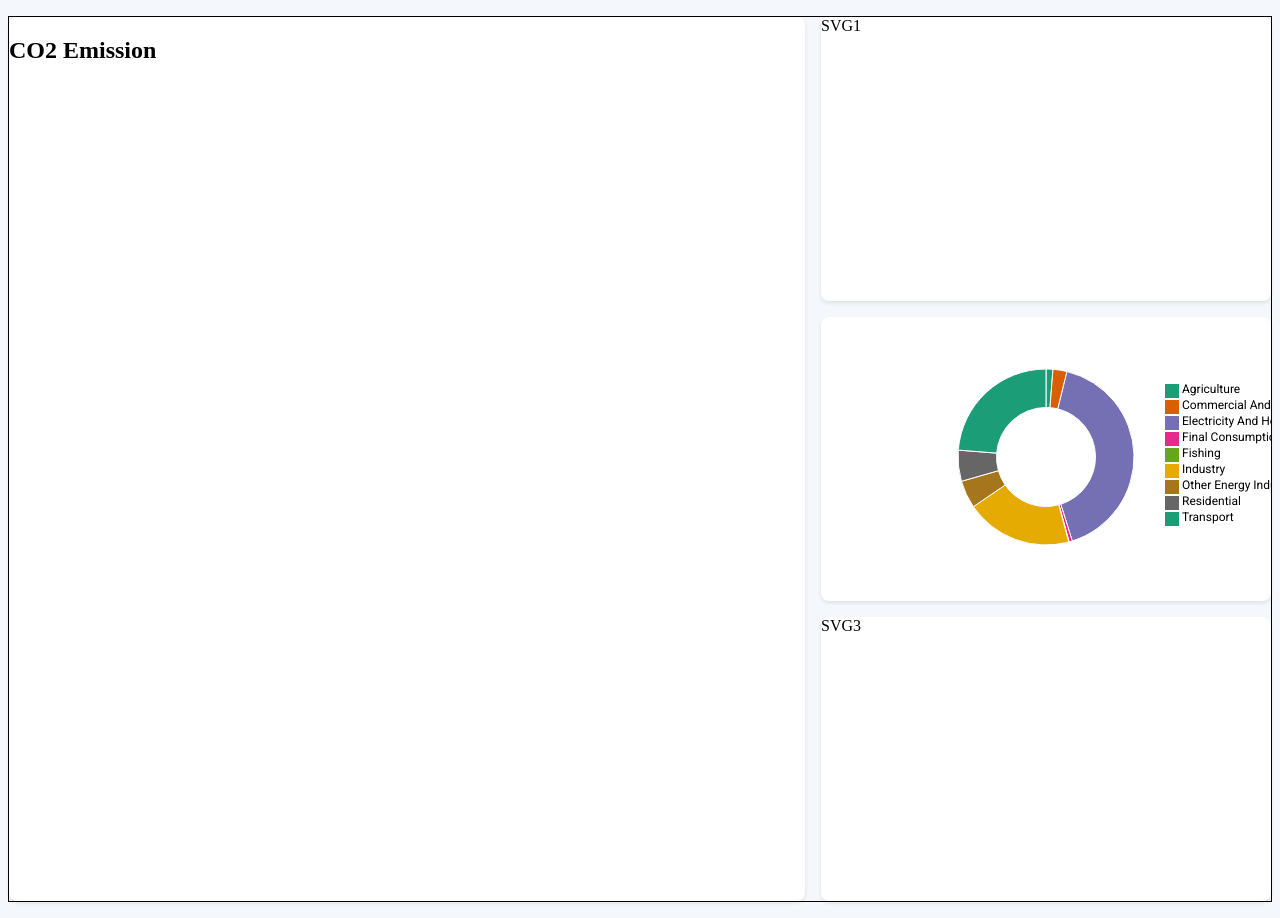
Repository: losmarco/CO2-Emission-Data-Dashboard
Page: index.html
These files come from the project's save history. The page is drawn as it stood at one moment and after the next save; the edit follows.
The browser window is 1280 px wide. The pictures show the whole page.
The style sheet was rebuilt from its Sass, Less or Tailwind sources for each picture, by a compiler version that may differ from the author's.

Above is the page before, as saved 2020-03-29 17:40:43.

### index.html
<!DOCTYPE html>
<html lang="en">
<head>
    <meta charset="UTF-8">
    <meta name="viewport" content="width=device-width, initial-scale=1.0">
    <meta http-equiv="X-UA-Compatible" content="ie=edge">
    <title>CO2 Emission Data Chart</title>

    <link rel="stylesheet" href="style.css">
    <script src="https://d3js.org/d3.v5.min.js"></script>
</head>
<body>
    <div class="container">
        <div class="card main_graph">
            <h2>CO2 Emission</h2>
        </div>


        <div class="card graph1">SVG1</div>
        <div class="card graph2">
            <div id="donut"></div>
        </div>
        <div class="card graph3">SVG3</div>
    </div>
</body>
    <script src="javascript/master.js"></script>
    <script src="javascript/chart.js"></script>
</html>

### javascript/master.js
//Parsing CSV file

### javascript/chart.js
//This document is for d3 related script ( ͡° ͜ʖ ͡°)

//Donut Chart
// set the dimensions and margins of the graph
var width = 450
    height = 280
    margin = 30
// The radius of the pieplot is half the width or half the height (smallest one). I subtract a bit of margin.
var radius = Math.min(width, height) / 2 - margin

//append the svg object to the div called 'donut'
var svg = d3.select("#donut")
            .append("svg")
            .attr("width", width)
            .attr("height", height)
            .append("g")
            .attr("transform", "translate(" + width / 2 + "," + height / 2 + ")");




//Color
var color = d3.scaleOrdinal()
.domain(["Agriculture",
        "Commercial And Public Services",
        "Electricity And Heat Producers",
        "Final Consumption Not Else where Specified",
        "Fishing",
        "Industry",
        "Other Energy Industries",
        "Residential",
        "Transport"])
.range(d3.schemeDark2);

d3.csv("data/world-sector.csv")
  .then(function(csvdata){

    var latestData = csvdata[csvdata.length - 1];

    var agri = parseInt(latestData.agriculture),
        cap = parseInt(latestData.commercialAndPublicServices),
        eahp = parseInt(latestData.electricityAndHeatProducers),
        fcnes = parseInt(latestData.finalConsumptionNotElsewhereSpecified),
        fishing = parseInt(latestData.fishing),
        industry = parseInt(latestData.industry),
        oei = parseInt(latestData.otherEnergyIndustries),
        residential = parseInt(latestData.residential),
        transport = parseInt(latestData.transport);

  const total = (agri + cap + eahp + fcnes + fishing + industry + oei + residential + transport);

  const percent = 100;

  var agri = ((agri/total) * percent).toFixed(2),
      cap = ((cap/total) * percent).toFixed(2),
      eahp = ((eahp/total) * percent).toFixed(2),
      fcnes = ((fcnes/total) * percent).toFixed(2),
      fishing = ((fishing/total) * percent).toFixed(2),
      industry = ((industry/total) * percent).toFixed(2),
      oei = ((oei/total) * percent).toFixed(2),
      residential = ((residential/total) * percent).toFixed(2),
      transport = ((transport/total) * percent).toFixed(2);


  //Final Data
  var data = {"Agriculture": agri,
              "Commercial And Public Services": cap,
              "Electricity And Heat Producers": eahp,
              "Final Consumption Not Else where Specified":fcnes ,
              "Fishing": fishing,
              "Industry":industry,
              "Other Energy Industries": oei,
              "Residential":residential,
              "Transport":transport
            }

  // Compute the position of each group on the pie:
  var pie = d3.pie()
    .sort(null) // Do not sort group by size
    .value(function(d) {return d.value; })
  var data_ready = pie(d3.entries(data))

  // The arc generator + hole size
  var arc = d3.arc()
    .innerRadius(radius * 0.45)
    .outerRadius(radius * 0.8)

  // Build the pie chart: Basically, each part of the pie is a path that we build using the arc function.
  svg.selectAll('allSlices')
      .data(data_ready)
      .enter()
      .append('path')
      .attr('d', arc)
      .attr('fill', function(d){ return(color(d.data.key)) })
      .attr("stroke", "white")
      .style("stroke-width", "1px")
      .style("opacity", 1)


})//closing tag for d3.csv

//Legend
var legendRectSize = 12;
var legendSpacing = 4;

var legend = svg.selectAll('.legend')
                .data(color.domain())
                .enter()
                .append('g')
                .attr('class', 'legend')
                .attr('transform', function(d, i) {
                  var height = legendRectSize + legendSpacing;
                  var offset =  height * color.domain().length / 2;
                  var horz = 10 * legendRectSize;
                  var vert = i * height - offset;
                  return 'translate(' + horz + ',' + vert + ')';
});


legend.append('rect')
  .attr('width', legendRectSize)
  .attr('height', legendRectSize)
  .style('fill', color)
  .style('stroke', color);

legend.append('text')
  .attr('x', legendRectSize + legendSpacing )
  .attr('y', legendRectSize - legendSpacing)
  .text(function(d) { return d; });


//End of Donut Chart


  // Add the polylines between chart and labels:
  // svg
  //   .selectAll('allPolylines')
  //   .data(data_ready)
  //   .enter()
  //   .append('polyline')
  //     .attr("stroke", "black")
  //     .style("fill", "none")
  //     .attr("stroke-width", 1)
  //     .attr('points', function(d) {
  //       var posA = arc.centroid(d) // line insertion in the slice
  //       var posB = outerArc.centroid(d) // line break: we use the other arc generator that has been built only for that
  //       var posC = outerArc.centroid(d); // Label position = almost the same as posB
  //       var midangle = d.startAngle + (d.endAngle - d.startAngle) / 2 // we need the angle to see if the X position will be at the extreme right or extreme left
  //       posC[0] = radius * 0.95 * (midangle < Math.PI ? 1 : -1); // multiply by 1 or -1 to put it on the right or on the left
  //       return [posA, posB, posC]
  //     })

  // Add the polylines between chart and labels:
  // svg
  //   .selectAll('allLabels')
  //   .data(data_ready)
  //   .enter()
  //   .append('text')
  //     .text( function(d) { console.log(d.data.key) ; return d.data.key } )
  //     .attr('transform', function(d) {
  //         var pos = outerArc.centroid(d);
  //         var midangle = d.startAngle + (d.endAngle - d.startAngle) / 2
  //         pos[0] = radius * 0.99 * (midangle < Math.PI ? 1 : -1);
  //         return 'translate(' + pos + ')';
  //     })
  //     .style('text-anchor', function(d) {
  //         var midangle = d.startAngle + (d.endAngle - d.startAngle) / 2
  //         return (midangle < Math.PI ? 'start' : 'end')
  //     })

### style.scss
//Google Font
@import url('https://fonts.googleapis.com/css2?family=Roboto:ital,wght@0,100;0,300;0,400;0,500;0,700;0,900;1,100;1,300;1,400;1,500;1,700;1,900&display=swap');

// Font
@mixin header{
    font-family: 'Roboto', sans-serif;
    font-weight: 700;
}
@mixin text{
    font-family: 'Roboto', sans-serif;
    font-weight: 500;
    font-size: 12px;
}

// Color
$backgroun-white:#f4f7fc;
$white: #ffffff;
$grey: #828f95;
$black: #252831;
$purple: #7b43a1;
$orange: #ff9824;
$pink: #f2317a;
$primary-green:#58cf6c;
$secondary-green: #43a19e;

//Card
@mixin card-background{
    background-color: $white;
    border-radius: 8px;
    box-shadow: 0 2px 4px rgba(0,0,0,0.04), 0 2px 4px rgba(0,0,0,0.06);
}

body{
    background: $backgroun-white;
}

.container{
    display:grid;
    grid-template-rows: repeat(3, 1fr);
    grid-template-columns:repeat(4, 1fr);
    grid-gap: 1em;
    border: 1px solid black;
    margin: 1em auto;
}

.main_graph{
    grid-row:1/4;
    grid-column: 1/4;
}

.graph1{
    grid-row:1/2;
    grid-column: 4/5;
}

.graph2{
    grid-row:2/3;
    grid-column: 4/5;
    width: 450px;
    // svg{
    //     transform: translateX(-150px);
    // }
    .legend {
        font-family: 'Roboto', sans-serif;
        font-size: 12px;
        font-weight:400;
    }
    rect {
        stroke-width: 2;
    }


}

.graph3{
    grid-row:3/4;
    grid-column: 4/5;
}

.card{
    @include card-background;
}
svg{
    margin: 0 auto;

}

After the next save:
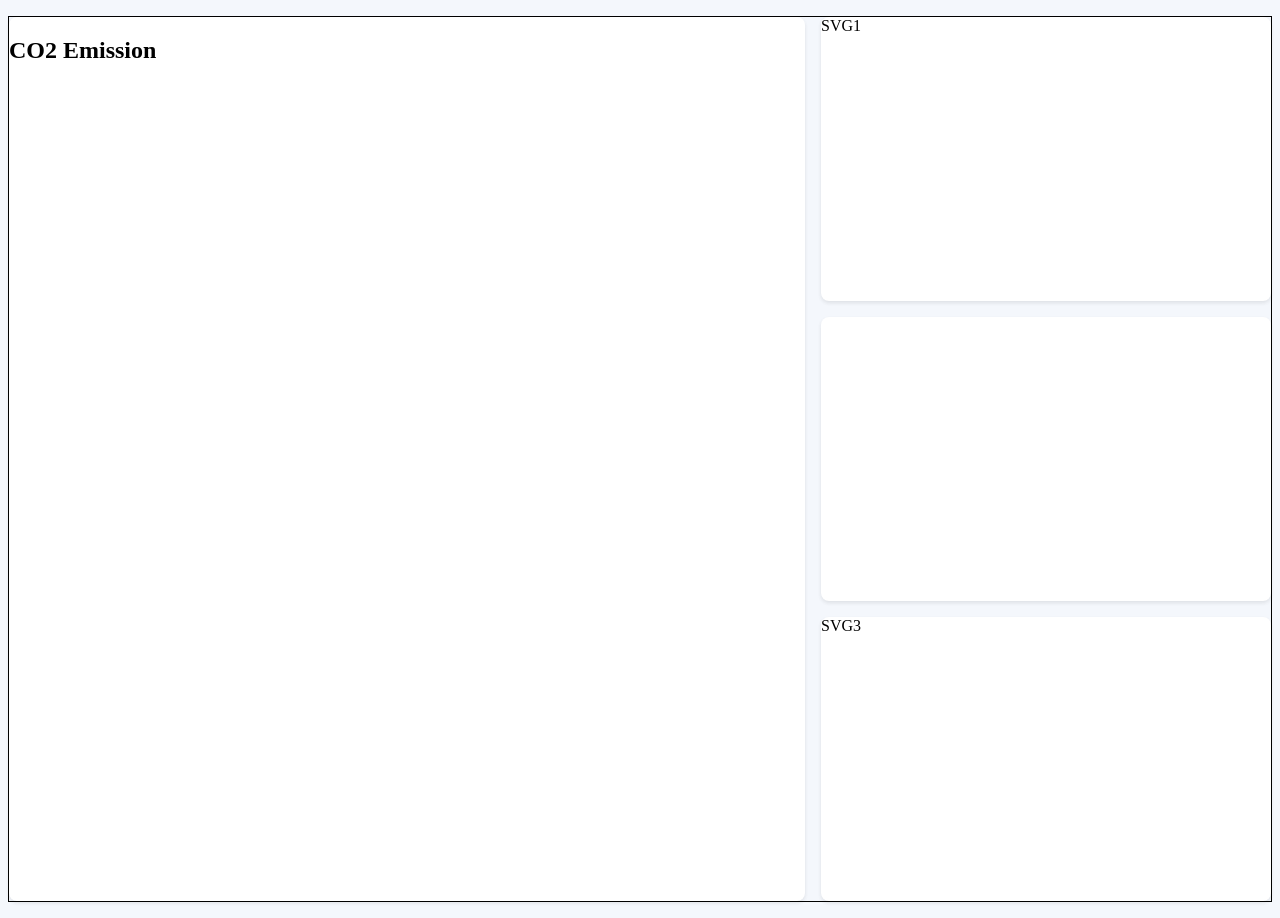
Saved 28 s later.
--- a/style.scss
+++ b/style.scss
@@ -57,9 +57,9 @@
     grid-row:2/3;
     grid-column: 4/5;
     width: 450px;
-    // svg{
-    //     transform: translateX(-150px);
-    // }
+     g{
+    transform: translateX(-150px);
+    }
     .legend {
         font-family: 'Roboto', sans-serif;
         font-size: 12px;

After the save that followed:
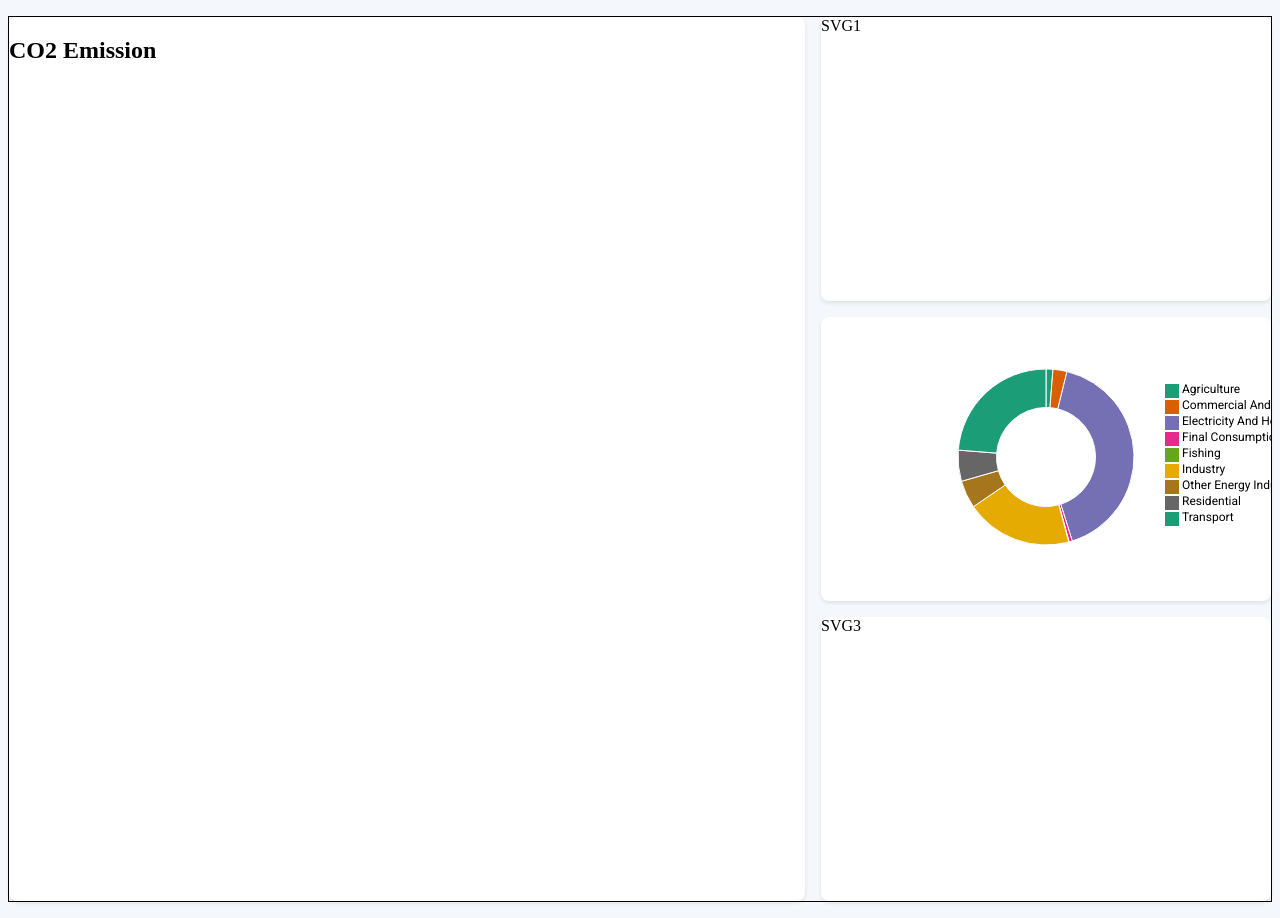
Saved 12 s later.
--- a/style.scss
+++ b/style.scss
@@ -57,9 +57,9 @@
     grid-row:2/3;
     grid-column: 4/5;
     width: 450px;
-     g{
-    transform: translateX(-150px);
-    }
+    //  g{
+    // transform: translateX(-150px);
+    // }
     .legend {
         font-family: 'Roboto', sans-serif;
         font-size: 12px;
